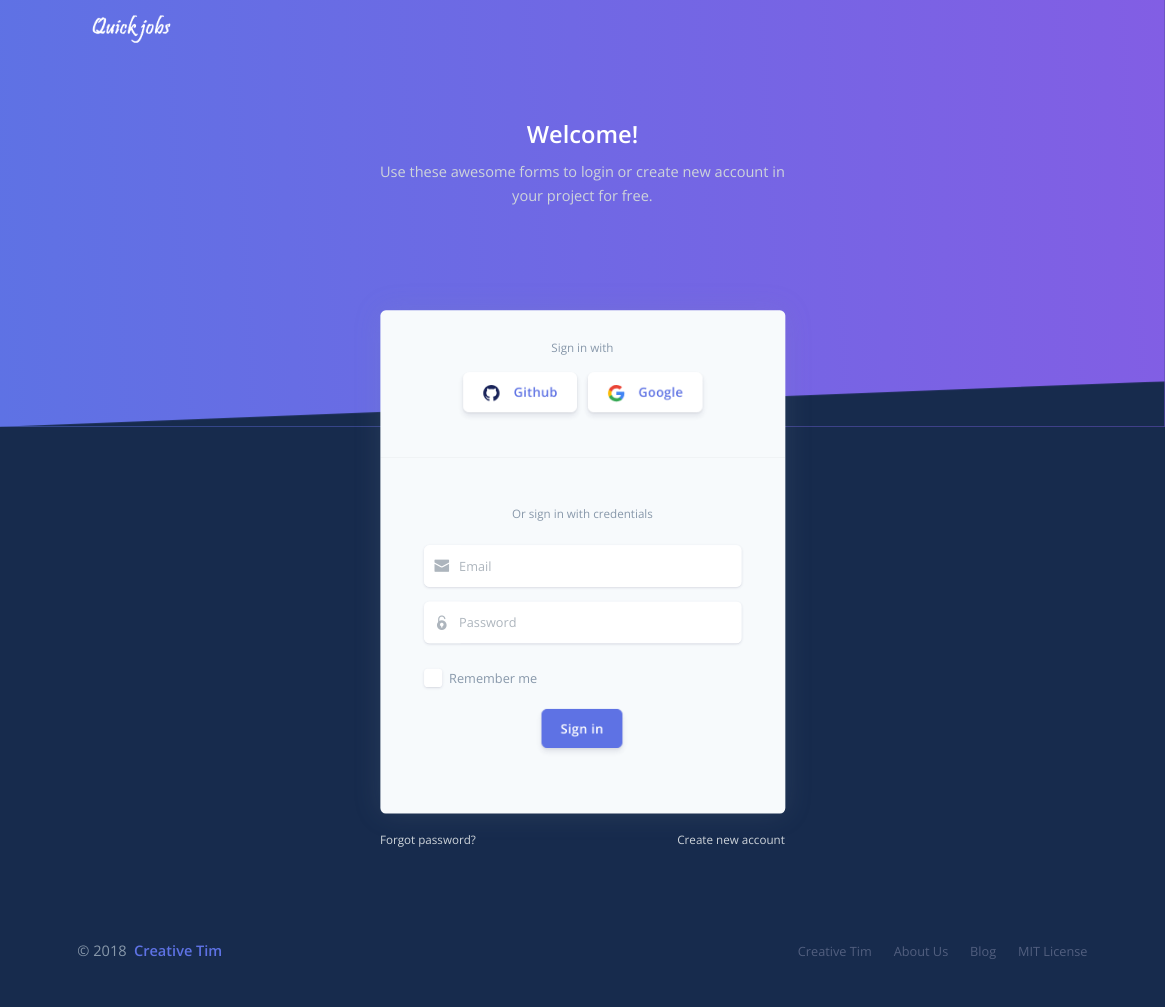
Repository: ROCKY-SAM/laravelAdmin
Page: http://localhost/login
An editor plug-in stored every save of this project. The page is shown before and after the next save, followed by the edit.
The browser window is 1280 px wide. The pictures show the whole page, at 91% of full size.
The page is served by the project's Laravel application, run on PHP 8.4 with Laravel 8. Other server files are loaded and not shown.

Above is the page before, as saved 2018-11-18 08:58:55.

### resources/views/auth/login.blade.php
<!DOCTYPE html>
<html>

<head>
  <meta charset="utf-8">
  <meta name="viewport" content="width=device-width, initial-scale=1, shrink-to-fit=no">
  <meta name="description" content="Start your development with a Dashboard for Bootstrap 4.">
  <meta name="author" content="Creative Tim">
  <title>Argon Dashboard - Free Dashboard for Bootstrap 4</title>
  <!-- Favicon -->
  <link href="{{URL::asset('img/brand/favicon.png')}}" rel="icon" type="image/png">
  <!-- Fonts -->
  <link href="https://fonts.googleapis.com/css?family=Open+Sans:300,400,600,700" rel="stylesheet">
  <!-- Icons -->
  <link href="{{URL::asset('vendor/nucleo/css/nucleo.css')}}" rel="stylesheet">
  <link href="{{URL::asset('vendor/@fortawesome/fontawesome-free/css/all.min.css')}}" rel="stylesheet">
  <!-- Argon CSS -->
  <link type="text/css" href="{{URL::asset('css/argon.css?v=1.0.0')}}" rel="stylesheet">
</head>

<body class="bg-default">
  <div class="main-content">
    <!-- Navbar -->
    <nav class="navbar navbar-top navbar-horizontal navbar-expand-md navbar-dark">
      <div class="container px-4">
        <a class="navbar-brand" href="../index.html">
          <img src="{{URL::asset('img/brand/white.png')}}" />
        </a>
        <button class="navbar-toggler" type="button" data-toggle="collapse" data-target="#navbar-collapse-main" aria-controls="navbarSupportedContent" aria-expanded="false" aria-label="Toggle navigation">
          <span class="navbar-toggler-icon"></span>
        </button>
        <div class="collapse navbar-collapse" id="navbar-collapse-main">
          <!-- Collapse header -->
          <div class="navbar-collapse-header d-md-none">
            <div class="row">
              <div class="col-6 collapse-brand">
                <a href="../index.html">
                  <img src="{{URL::asset('img/brand/blue.png')}}">
                </a>
              </div>
              <div class="col-6 collapse-close">
                <button type="button" class="navbar-toggler" data-toggle="collapse" data-target="#navbar-collapse-main" aria-controls="sidenav-main" aria-expanded="false" aria-label="Toggle sidenav">
                  <span></span>
                  <span></span>
                </button>
              </div>
            </div>
          </div>
          <!-- Navbar items -->

        </div>
      </div>
    </nav>
    <!-- Header -->
    <div class="header bg-gradient-primary py-7 py-lg-8">
      <div class="container">
        <div class="header-body text-center mb-7">
          <div class="row justify-content-center">
            <div class="col-lg-5 col-md-6">
              <h1 class="text-white">Welcome!</h1>
              <p class="text-lead text-light">Use these awesome forms to login or create new account in your project for free.</p>
            </div>
          </div>
        </div>
      </div>
      <div class="separator separator-bottom separator-skew zindex-100">
        <svg x="0" y="0" viewBox="0 0 2560 100" preserveAspectRatio="none" version="1.1" xmlns="http://www.w3.org/2000/svg">
          <polygon class="fill-default" points="2560 0 2560 100 0 100"></polygon>
        </svg>
      </div>
    </div>
    <!-- Page content -->
    <div class="container mt--8 pb-5">
      <div class="row justify-content-center">
        <div class="col-lg-5 col-md-7">
          <div class="card bg-secondary shadow border-0">
            <div class="card-header bg-transparent pb-5">
              <div class="text-muted text-center mt-2 mb-3"><small>Sign in with</small></div>
              <div class="btn-wrapper text-center">
                <a href="#" class="btn btn-neutral btn-icon">
                  <span class="btn-inner--icon"><img src="{{URL::asset('img/icons/common/github.svg')}}"></span>
                  <span class="btn-inner--text">Github</span>
                </a>
                <a href="#" class="btn btn-neutral btn-icon">
                  <span class="btn-inner--icon"><img src="{{URL::asset('img/icons/common/google.svg')}}"></span>
                  <span class="btn-inner--text">Google</span>
                </a>
              </div>
            </div>
            <div class="card-body px-lg-5 py-lg-5">
              <div class="text-center text-muted mb-4">
                <small>Or sign in with credentials</small>
              </div>
              <form role="form">
                <div class="form-group mb-3">
                  <div class="input-group input-group-alternative">
                    <div class="input-group-prepend">
                      <span class="input-group-text"><i class="ni ni-email-83"></i></span>
                    </div>
                    <input class="form-control" placeholder="Email" type="email">
                  </div>
                </div>
                <div class="form-group">
                  <div class="input-group input-group-alternative">
                    <div class="input-group-prepend">
                      <span class="input-group-text"><i class="ni ni-lock-circle-open"></i></span>
                    </div>
                    <input class="form-control" placeholder="Password" type="password">
                  </div>
                </div>
                <div class="custom-control custom-control-alternative custom-checkbox">
                  <input class="custom-control-input" id=" customCheckLogin" type="checkbox">
                  <label class="custom-control-label" for=" customCheckLogin">
                    <span class="text-muted">Remember me</span>
                  </label>
                </div>
                <div class="text-center">
                  <button type="button" class="btn btn-primary my-4">Sign in</button>
                </div>
              </form>
            </div>
          </div>
          <div class="row mt-3">
            <div class="col-6">
              <a href="#" class="text-light"><small>Forgot password?</small></a>
            </div>
            <div class="col-6 text-right">
              <a href="#" class="text-light"><small>Create new account</small></a>
            </div>
          </div>
        </div>
      </div>
    </div>
  </div>
  <!-- Footer -->
  <footer class="py-5">
    <div class="container">
      <div class="row align-items-center justify-content-xl-between">
        <div class="col-xl-6">
          <div class="copyright text-center text-xl-left text-muted">
            &copy; 2018 <a href="https://www.creative-tim.com" class="font-weight-bold ml-1" target="_blank">Creative Tim</a>
          </div>
        </div>
        <div class="col-xl-6">
          <ul class="nav nav-footer justify-content-center justify-content-xl-end">
            <li class="nav-item">
              <a href="https://www.creative-tim.com" class="nav-link" target="_blank">Creative Tim</a>
            </li>
            <li class="nav-item">
              <a href="https://www.creative-tim.com/presentation" class="nav-link" target="_blank">About Us</a>
            </li>
            <li class="nav-item">
              <a href="http://blog.creative-tim.com" class="nav-link" target="_blank">Blog</a>
            </li>
            <li class="nav-item">
              <a href="https://github.com/creativetimofficial/argon-dashboard/blob/master/LICENSE.md" class="nav-link" target="_blank">MIT License</a>
            </li>
          </ul>
        </div>
      </div>
    </div>
  </footer>
  <!-- Argon Scripts -->
  <!-- Core -->
  <script src="{{URL::asset('vendor/jquery/dist/jquery.min.js')}}"></script>
  <script src="{{URL::asset('vendor/bootstrap/dist/js/bootstrap.bundle.min.js')}}"></script>
  <!-- Argon JS -->
  <script src="{{URL::asset('js/argon.js?v=1.0.0')}}"></script>
</body>

</html>

Loaded but not shown: routes/web.php (common file); app/Http/Controllers/Auth/LoginController.php (common file); app/Http/Controllers/Controller.php (common file); public/css/argon.css (library); public/img/icons/common/google.svg (17 lines, source omitted); public/img/icons/common/github.svg (12 lines, source omitted); public/js/argon.js (1063 lines, source omitted)

After the next save:
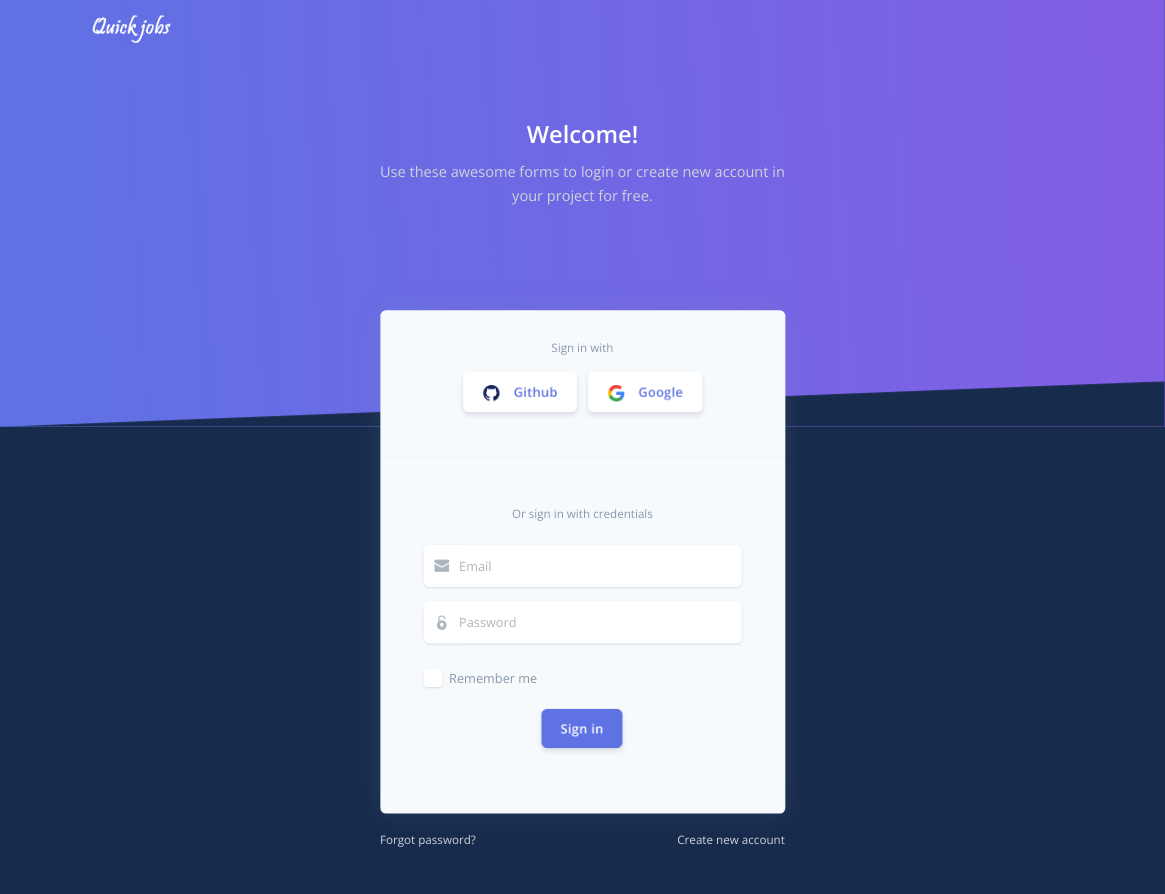
Saved 19 s later.
--- a/resources/views/auth/login.blade.php
+++ b/resources/views/auth/login.blade.php
@@ -133,33 +133,7 @@
     </div>
   </div>
   <!-- Footer -->
-  <footer class="py-5">
-    <div class="container">
-      <div class="row align-items-center justify-content-xl-between">
-        <div class="col-xl-6">
-          <div class="copyright text-center text-xl-left text-muted">
-            &copy; 2018 <a href="https://www.creative-tim.com" class="font-weight-bold ml-1" target="_blank">Creative Tim</a>
-          </div>
-        </div>
-        <div class="col-xl-6">
-          <ul class="nav nav-footer justify-content-center justify-content-xl-end">
-            <li class="nav-item">
-              <a href="https://www.creative-tim.com" class="nav-link" target="_blank">Creative Tim</a>
-            </li>
-            <li class="nav-item">
-              <a href="https://www.creative-tim.com/presentation" class="nav-link" target="_blank">About Us</a>
-            </li>
-            <li class="nav-item">
-              <a href="http://blog.creative-tim.com" class="nav-link" target="_blank">Blog</a>
-            </li>
-            <li class="nav-item">
-              <a href="https://github.com/creativetimofficial/argon-dashboard/blob/master/LICENSE.md" class="nav-link" target="_blank">MIT License</a>
-            </li>
-          </ul>
-        </div>
-      </div>
-    </div>
-  </footer>
+
   <!-- Argon Scripts -->
   <!-- Core -->
   <script src="{{URL::asset('vendor/jquery/dist/jquery.min.js')}}"></script>
